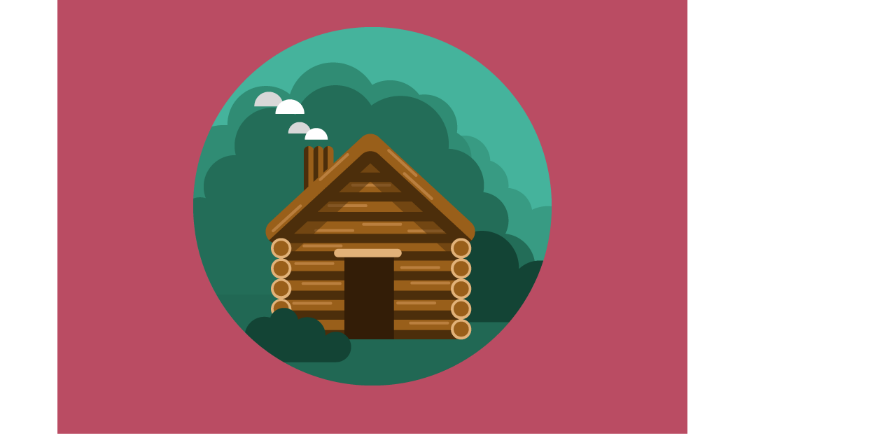
Repository: 7JaxeN7/WT-1255P-Mehmet_BEZC-
Page: index.html
The author's editor kept a copy of each file at every save. The page is drawn from the files as they stood at one save, then again after the next save.
The browser window is 1280 px wide. The pictures show the part of the page from y = 854 to 2774 px (the page is 1474 px tall before and 2774 px after), at 70% of full size.

Above is the page before, as saved 2025-01-06 21:34:28.

### index.html
<!DOCTYPE html>
<html lang="tr">

<head>
  <meta charset="UTF-8">
  <meta name="viewport" content="width=device-width, initial-scale=1.0">
  <link rel="stylesheet" href="style.css">
  <link href="https://cdn.jsdelivr.net/npm/bootstrap@5.3.3/dist/css/bootstrap.min.css" rel="stylesheet"
    integrity="sha384-QWTKZyjpPEjISv5WaRU9OFeRpok6YctnYmDr5pNlyT2bRjXh0JMhjY6hW+ALEwIH" crossorigin="anonymous">
  <title>Start Bootstrap</title>
</head>

<body>
  <!-- Navbar -->
  <header>
    <nav class="navbar navbar-expand-lg navbar-bg">
      <div class="container pt-3 pb-3">
        <a class="navbar-brand text-white fw-bolder fs-3" href="#">START BOOTSTRAP</a>
        <button class="navbar-toggler" type="button" data-bs-toggle="collapse" data-bs-target="#navbarNav"
          aria-controls="navbarNav" aria-expanded="false" aria-label="Toggle navigation">
          <span class="navbar-toggler-icon"></span>
        </button>
        <div class="collapse navbar-collapse" id="navbarNav">
          <ul class="navbar-nav ms-auto">
            <li class="nav-item">
              <a class="nav-link text-white fw-bolder fs-5" href="#">PORTFOLIO</a>
            </li>
            <li class="nav-item">
              <a class="nav-link text-white fw-bolder fs-5" href="#">ABOUT</a>
            </li>
          </ul>
        </div>
      </div>
    </nav>
  </header>
  <!-- Herosection -->
   <div class="herosection-bg pt-5 pb-5">
    <div class="container text-center">
      <img src="/assets/img/avataaars.svg" width="20%"/>
    <h1 class="mt-5 text-white fw-bolder display-3">Mehmet Bezci</h1>
    <p class="text-white fs-3">Engineer - Designer - Developer</p>
    </div>
   </div>
   <!-- Portfolio -->
    <div class="portfolio-section">
      <h2 class="text-center mt-5 pt-5 pb-5 fs-1 fw-semibold portfolio-tittle">PORTFOLIO</h2>
      <div class="container">
        <div class="row">
          <div class="col-12">
            <img src="/assets/img/cabin.png" class="img-fluid">
          </div>
          <div class="col-12"></div>
          <div class="col-12"></div>
        </div>
      </div>
    </div>
  <!-- Burası bootstrap script kısmı -->
  <script src="https://cdn.jsdelivr.net/npm/bootstrap@5.3.3/dist/js/bootstrap.bundle.min.js"
    integrity="sha384-YvpcrYf0tY3lHB60NNkmXc5s9fDVZLESaAA55NDzOxhy9GkcIdslK1eN7N6jIeHz"
    crossorigin="anonymous"></script>
</body>

</html>

### style.css
.navbar-bg {
  background-color: #2d3e50 !important;
}
.herosection-bg{
    background-color: #2bbb9b ;
}
.portfolio-tittle{
    color: #2c425a;
}

After the next save:
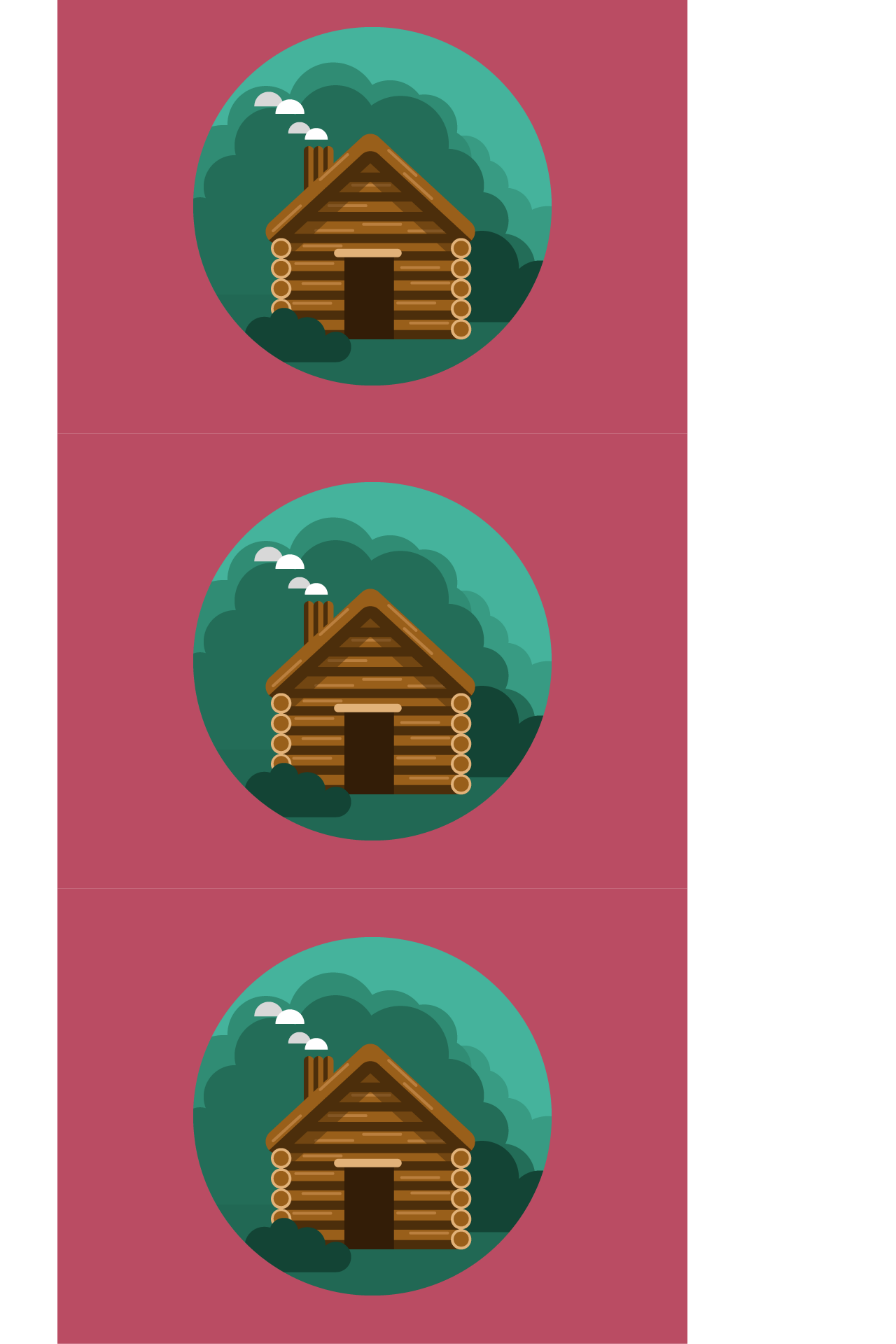
Saved 30 s later.
--- a/index.html
+++ b/index.html
@@ -49,8 +49,12 @@
           <div class="col-12">
             <img src="/assets/img/cabin.png" class="img-fluid">
           </div>
-          <div class="col-12"></div>
-          <div class="col-12"></div>
+          <div class="col-12">
+            <img src="/assets/img/cabin.png" class="img-fluid">
+          </div>
+          <div class="col-12">
+            <img src="/assets/img/cabin.png" class="img-fluid">
+          </div>
         </div>
       </div>
     </div>
